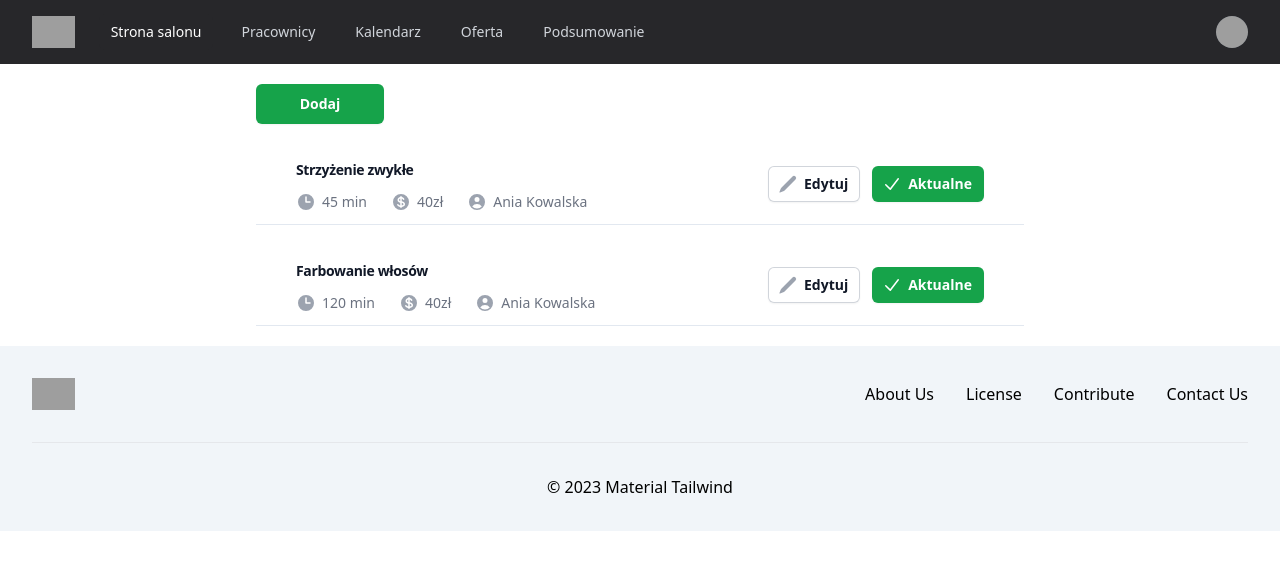
Repository: PrzemyslawJura/my-app
Page: /pracownicy (app in frontend/)
An editor plug-in stored every save of this project. The page is shown before and after the next save, followed by the edit.
The browser window is 1280 px wide. The pictures show the whole page.
Pictures or frames that could not be fetched are drawn as grey boxes. The page's requests for data from a server got no answer. The project was rebuilt for these pictures with package versions that can differ from the ones it lists, and the page was loaded fresh each time. No one was signed in, and anything a server would have sent is missing. Also part of the build but not shown: frontend/src/components/Location.jsx, frontend/src/home/Feature.jsx, frontend/src/shared_np_buttony_inputy_kalendarze_itp/PaginationTile.jsx, frontend/src/home/Pagination.jsx, frontend/src/home/Listbox.jsx, frontend/src/home/StepOne.jsx, frontend/src/home/StepTwo.jsx, frontend/src/home/SalonOffer.jsx and 21 more.

Above is the page before, as saved 2023-11-24 12:33:48.

After the next save:
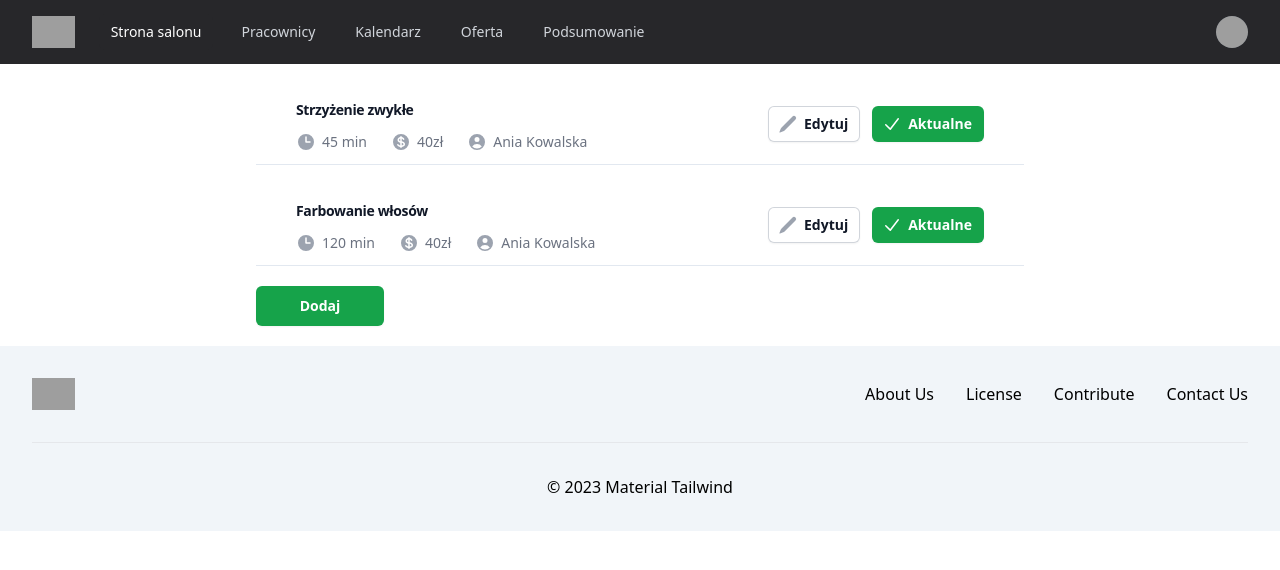
Saved 26 s later.
--- a/frontend/src/biznes/Workers.jsx
+++ b/frontend/src/biznes/Workers.jsx
@@ -94,12 +94,12 @@ export default function Workers() {
                 </li>
               ))}
             </ul>
+            <Service/>
             <span onClick={() => setIsShown(1)}>
               <MainButton text="Dodaj"/>
               </span>
             {isShown == 1 && <AddWorker setIsShown={setIsShown} />}
             {/*}{isShown == 2 && <AddService setIsShown={setIsShown} />}{*/}
-            <Service/>
         </div>
     </>
   )
